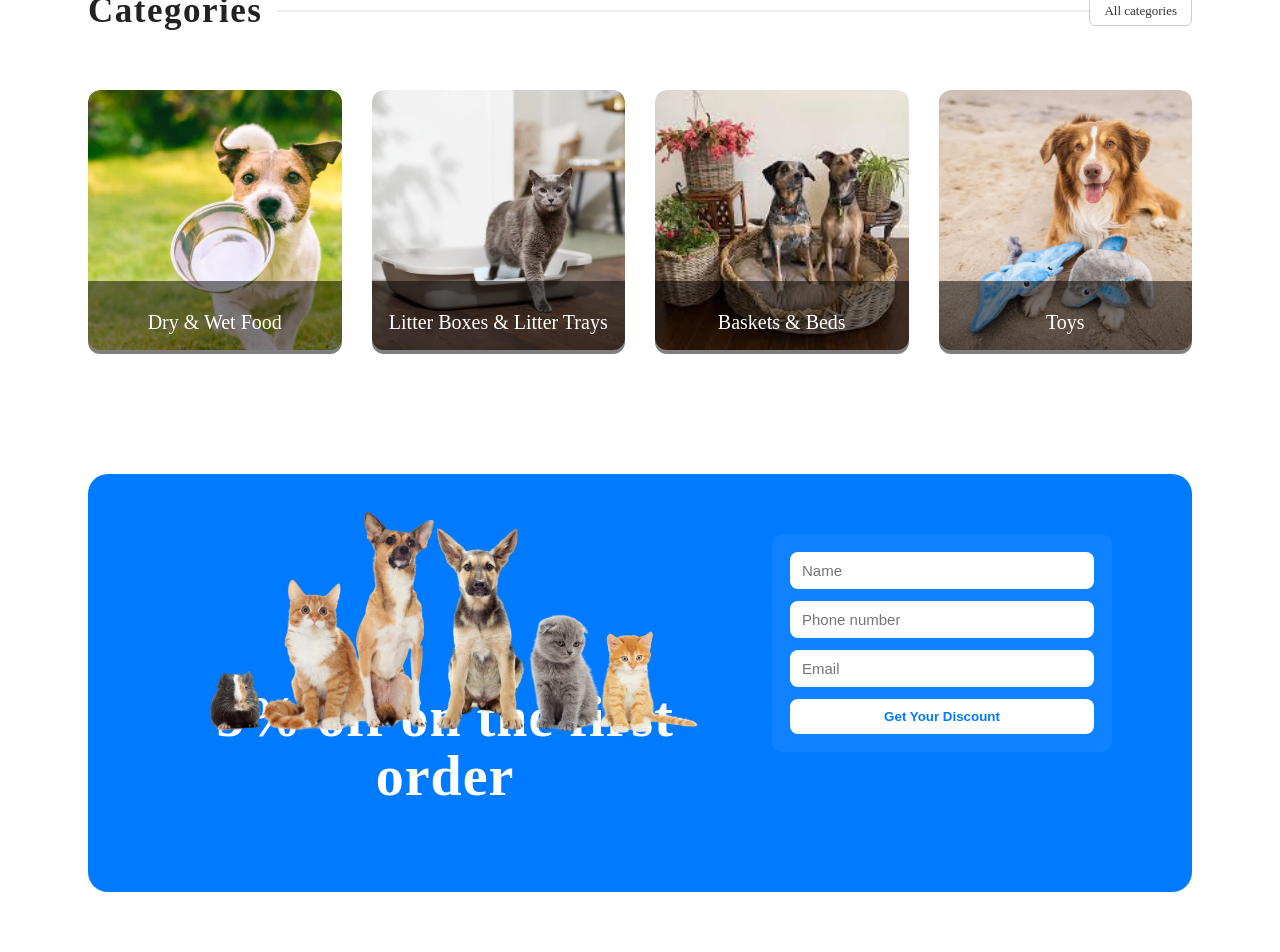
Repository: JuliiaJuliia/pet-shop-frontend
Page: / (app in pet-shop-frontend/)
These files come from the project's save history. The page is drawn as it stood at one moment and after a run of saves; the edit follows.
The browser window is 1280 px wide. The pictures show the part of the page from y = 693 to 1645 px (the page is 1645 px tall).
The project was rebuilt for these pictures with package versions that can differ from the ones it lists, and the page was loaded fresh each time. Also part of the build but not shown: pet-shop-frontend/vite.config.js, pet-shop-frontend/src/pages/CheckoutPage.jsx, pet-shop-frontend/src/api/axios.js, pet-shop-frontend/src/components/ProductList.jsx.

Above is the page before, as saved 2025-11-06 14:57:04.

### pet-shop-frontend/index.html
<!doctype html>
<html lang="en">
  <head>
    <meta charset="UTF-8" />
    <link rel="icon" type="image/svg+xml" href="/vite.svg" />
    <meta name="viewport" content="width=device-width, initial-scale=1.0" />
    <title>pet-shop-frontend</title>
  </head>
  <body>
    <div id="root"></div>
    <script type="module" src="/src/main.jsx"></script>
  </body>
</html>

### pet-shop-frontend/src/main.jsx
import HomePage from "./pages/HomePage";
import CheckoutPage from "./pages/CheckoutPage";
import React from "react";
import ReactDOM from "react-dom/client";
import { BrowserRouter, Routes, Route } from "react-router-dom";
import Header from "./components/Header/Header.jsx";
import ProductList from "./components/ProductList";

function Categories() {
  return <h2 style={{ textAlign: "center" }}>Categories Page</h2>;
}

function Sales() {
  return <h2 style={{ textAlign: "center" }}>Sales Page</h2>;
}

function Cart() {
  return <h2 style={{ textAlign: "center" }}>Your Cart is empty</h2>;
}

ReactDOM.createRoot(document.getElementById("root")).render(
  <BrowserRouter>
    <Header />
    <Routes>
      <Route path="/" element={<HomePage />} />
      <Route path="/categories" element={<Categories />} />
      <Route path="/products" element={<ProductList />} />
      <Route path="/sales" element={<Sales />} />
      <Route path="/cart" element={<Cart />} />
    </Routes>
  </BrowserRouter>
);

### pet-shop-frontend/src/pages/HomePage.jsx
import React from "react";
import MainBanner from "../components/MainBanner";
import Categories from "../components/Categories";
import DiscountBanner from "../components/DiscountBanner"; // 👈 ось цей рядок

const HomePage = () => {
  return (
    <div>
      <MainBanner />
      <Categories />
      <DiscountBanner />   {/* 👈 він має бути тут */}
    </div>
  );
};

export default HomePage;

### pet-shop-frontend/src/components/Header/Header.jsx
import React from "react";
import { Link } from "react-router-dom";
import "./Header.css";

const Header = () => {
  return (
    <header className="header">
      <div className="header__logo">
        <Link to="/">PetShop 🐾</Link>
      </div>
      <nav className="header__nav">
        <Link to="/">Main Page</Link>
        <Link to="/categories">Categories</Link>
        <Link to="/products">All products</Link>
        <Link to="/sales">All sales</Link>
      </nav>
      <div className="header__cart">
        <Link to="/cart">
        <img src="/icon.svg" alt="Cart" className="header__cart-icon" />
        </Link>
</div>
    </header>
  );
};

export default Header;

### pet-shop-frontend/src/components/MainBanner.jsx
import React from "react";
import { Link } from "react-router-dom";
import "./MainBanner.css";

const MainBanner = () => {
  return (
    <section className="main-banner">
      <div className="main-banner__overlay">
        <div className="main-banner__content">
        <h1>Amazing Discounts <br /> on Pets Products!</h1>
        <Link to="/checkout" className="banner-btn">Check out</Link>
        </div>
      </div>
    </section>
  );
};

export default MainBanner;

### pet-shop-frontend/src/components/Categories.jsx
import React from "react";
import { Link } from "react-router-dom";
import "./Categories.css";

const categories = [
  { id: 1, name: "Dry & Wet Food", image: "/Dog.jpg" },
  { id: 2, name: "Litter Boxes & Litter Trays", image: "/Cat.jpg" },
  { id: 3, name: "Baskets & Beds", image: "/Dogs.jpg" },
  { id: 4, name: "Toys", image: "/Dog and Fish.jpg" },
];

const Categories = () => {
  return (
    <section className="categories">
      <div className="categories__header">
        <h2>Categories</h2>
        <div className="categories__line"></div>

        <Link to="/products" className="all-categories-btn">
          All categories
        </Link>
      </div>

      <div className="categories__grid">
        {categories.map((category) => (
          <div key={category.id} className="category-card">
            <img src={category.image} alt={category.name} />
            <div className="category-card__overlay">
              <p>{category.name}</p>
            </div>
          </div>
        ))}
      </div>
    </section>
  );
};

export default Categories;

### pet-shop-frontend/src/components/DiscountBanner.jsx
import React from "react";
import "./DiscountBanner.css";

const DiscountBanner = () => {
  return (
    <section className="discount-banner">
      <div className="discount-banner__content">
        <div className="discount-banner__left">
          <h2>5% off on the first order</h2>
          <img src="/Pets.jpg" alt="pets" className="discount-banner__image" />
        </div>

        <div className="discount-banner__form">
          <form>
            <input type="text" placeholder="Name" required />
            <input type="phone" placeholder="Phone number" required />
            <input type="email" placeholder="Email" required />
            <button type="submit">Get Your Discount</button>
          </form>
        </div>
      </div>
    </section>
  );
};

export default DiscountBanner;

### pet-shop-frontend/src/components/Header/Header.css
.header {
    display: flex;
    align-items: center;
    justify-content: space-between;
    padding: 20px 60px;
    background-color: #fff;
    box-shadow: 0 2px 5px rgba(0, 0, 0, 0.05);
    position: sticky;
    top: 0;
    z-index: 10;
  }

  .header__logo a {
    font-size: 40px;
    font-weight: 400;
    color: #3d3c3c;
    text-decoration: none;
    display: flex;
    align-items: center;
    gap: 10px;
  }

  .header__nav {
    display: flex;
    gap: 30px;
  }

  .header__nav a {
    font-size: 20px;
    text-decoration: none;
    color: #38383a;
    font-weight: 550;
    transition: 0.3s;
    cursor: url("data:[embedded picture, 129 characters]"), auto;
  }

  .header__nav a:hover {
    color: #24973bf3;
  }

  .cart-icon {
    font-size: 20px;
    text-decoration: none;
  }

  .header__cart-icon {
    width: 30px;
    height: 30px;
    object-fit: contain;
    transition: transform 0.3s ease;
    cursor: url("data:[embedded picture, 129 characters]"), auto;
  }

  .header__cart-icon:hover {
    transform: rotate(10deg) scale(1.15);
  }

### pet-shop-frontend/src/components/MainBanner.css
.main-banner {
  position: relative;
  width: 100%;
  height: 500px;
  background: url("/banner-dog.jpg") center/cover no-repeat;
  display: flex;
  align-items: center;
  justify-content: center;
  border-radius: 10px;
  overflow: hidden;
  margin-bottom: 60px;
}

/* Полупрозрачный шар поверх картинки */
.main-banner__overlay {
  background: rgba(0, 0, 0, 0.35);
  width: 100%;
  height: 100%;
  display: flex;
  align-items: center;
  justify-content: center;
}

/* Текст и кнопка */
.main-banner__content {
  text-align: left;
  color: #fff;
  max-width: 800px;
  padding: 0 40px;
  line-height: 1.1;
  white-space: normal;
  word-break: break-word;
}

.main-banner__content h1 {
  font-size: 54px;
  font-weight: 700;
  line-height: 1.2;
  margin-bottom: 40px;
}


.main-banner__button {
  background-color: #53b955df;
  color: rgb(255, 255, 255);
  border: none;
  border-radius: 6px;
  font-size: 18px;
  padding: 14px 30px;
  cursor: pointer;
  transition: all 0.3s ease;
  cursor: url("data:[embedded picture, 129 characters]"), auto;
}

.main-banner__button:hover {
  background-color: #24973b91;
  ;
  transform: scale(1.05);
}

.banner-btn {
  display: inline-block;
  background-color: #53b955df;
  color: white;
  border: none;
  border-radius: 6px;
  font-size: 18px;
  padding: 14px 30px;
  text-decoration: none;
  text-align: center;
  cursor: pointer;
  transition: all 0.3s ease;
}

.banner-btn:hover {
  background-color: #24973b91;
  transform: scale(1.05);
}

### pet-shop-frontend/src/components/Categories.css
.categories {
    padding: 0px 80px 60px;
    background-color: #fff;
  }

  .categories__title {
    font-size: 36px;
    font-weight: 600;
    margin-bottom: 30px;
    color: #222;
  }

  .categories__grid {
    display: grid;
    grid-template-columns: repeat(auto-fit, minmax(220px, 1fr));
    gap: 30px;
    justify-items: center;
  }

  .category-card {
    position: relative;
    width: 100%;
    max-width: 260px;
    border-radius: 12px;
    overflow: hidden;
    cursor: url("data:[embedded picture, 129 characters]"), auto;
    transition: transform 0.3s ease;
  }

  .category-card img {
    width: 100%;
    height: 260px;
    object-fit: cover;
    border-radius: 12px;
  }

  .category-card__overlay {
    position: absolute;
    display: flex;
    justify-content: center;
    align-items: center;
    text-align: center;
    bottom: 0;
    left: 0;
    right: 0;
    background: rgba(0, 0, 0, 0.5);
    color: #fff;
    font-size: 20px;
    font-weight: 500;
    padding-top: 10px;
    transition: background 0.3s ease;
  }

  .category-card:hover {
    transform: scale(1.05);
  }

  .category-card:hover .category-card__overlay {
    background: rgba(0, 0, 0, 0.7);
  }

  .categories__header {
    display: flex;
    align-items: center;
    justify-content: space-between;
    position: relative;
    margin-bottom: 30px;
  }

  .categories__header h2 {
    font-size: 35px;
    font-weight: 700;
    color: #222;
    letter-spacing: 1.5px;
    background-color: #fff;
    padding-right: 15px;
    z-index: 1;
  }

  .categories__line {
    position: absolute;
    left: 0;
    right: 0;
    height: 1px;
    background-color: #ddd;
    top: 50%;
    transform: translateY(-50%);
    z-index: 0;
  }

  .all-categories-btn {
    display: inline-flex;
    align-items: center;
    justify-content: center;
    background-color: #fff;
    border: 1px solid #ccc;
    border-radius: 6px;
    padding: 6px 14px;
    font-size: 13px;
    font-weight: 500;
    color: #333;
    text-decoration: none;
    outline: none;
    cursor: pointer;
    z-index: 1;
    transition: all 0.3s ease;
  }

  .all-categories-btn:hover {
    background-color: #53b955cd;
    color: #fff;
    border-color: #24973b91;
    transform: scale(1.05);
    cursor: url("/paw-cursor.png"), auto;
    cursor: url("data:[embedded picture, 129 characters]"), auto;
  }

### pet-shop-frontend/src/components/DiscountBanner.css
/* контейнер банера */
.discount-banner {
    background-color: #007bff;
    color: #fff;
    border-radius: 20px;
    margin: 60px 80px;
    padding: 60px 80px 140px; /* зверни увагу: великий паддінг знизу для місця під тварин */
    position: relative;
    overflow: visible;
    display: block;
  }

  /* заголовок — по центру всього блоку (горизонтально + вертикально) */
  .discount-banner__left h2 {
    position: absolute;
    top: 50%;
    left: 50%;
    transform: translate(-50%, -50%);
    margin: 0;
    font-size: 56px;
    font-weight: 700;
    letter-spacing: 1px;
    text-align: center;
    width: 100%;
    line-height: 1.05;
  }

  /* вміст під заголовком: картинка ліворуч, форма праворуч */
  .discount-banner__content {
    display: flex;
    justify-content: space-between;
    align-items: flex-end;
    gap: 50px;
    width: 100%;
    position: relative;
    margin-top: 0px;
  }

  /* ліва частина (картинка) */
  .discount-banner__left {
    flex: 1;
    display: flex;
    justify-content: center;
    align-items: flex-end;    /* картинка "сидить" внизу колонки */
    position: relative;
    padding-bottom: 10px;     /* трохи простору під картинкою */
  }

  /* картинка тварин — збільшена і з позицією внизу (на межі фону) */
  .discount-banner__image {
    max-width: 720px;         /* збільшити розмір тварин */
    width: 100%;
    height: auto;
    object-fit: contain;
    position: absolute;
    left: 50%;
    transform: translateX(-50%);
    bottom: 10px;            /* "сидить" на межі синього фону; змінюй значення для точного місця */
    z-index: 4;
  }

  /* права частина — форма (по центру вертикалі блоку) */
  .discount-banner__form {
    flex: 0 0 340px;          /* фіксована ширина форми */
    display: flex;
    align-items: center;      /* вертикальне центрування форми всередині доступного простору */
    justify-content: center;
    z-index: 6;
    position: relative;
  }

  /* стилі самої форми */
  .discount-banner__form form {
    width: 100%;
    display: flex;
    flex-direction: column;
    gap: 12px;
    background: rgba(255,255,255,0.06); /* легке напівпрозоре тло, зливається з фоном */
    padding: 18px;
    border-radius: 10px;
  }

  .discount-banner__form input {
    padding: 10px 12px;
    border-radius: 8px;
    border: none;
    font-size: 15px;
    outline: none;
  }

  .discount-banner__form button {
    padding: 10px 14px;
    border-radius: 8px;
    border: none;
    background: #fff;
    color: #007bff;
    font-weight: 600;
    cursor: pointer;
  }

  /* адаптация под мобильные екраны */
  @media (max-width: 900px) {
    .discount-banner {
      margin: 30px 24px;
      padding: 40px 24px 120px;
    }
    .discount-banner__left h2 {
      font-size: 34px;
      top: 42%;
    }
    .discount-banner__content {
      flex-direction: column;
      align-items: center;
      margin-top: 60px;
    }
    .discount-banner__form {
      width: 100%;
      flex: none;
      margin-top: 20px;
    }
    .discount-banner__image {
      position: relative;
      bottom: -6px;
      left: 50%;
      transform: translateX(-50%);
      max-width: 320px;
    }
  }

After the next 3 saves:
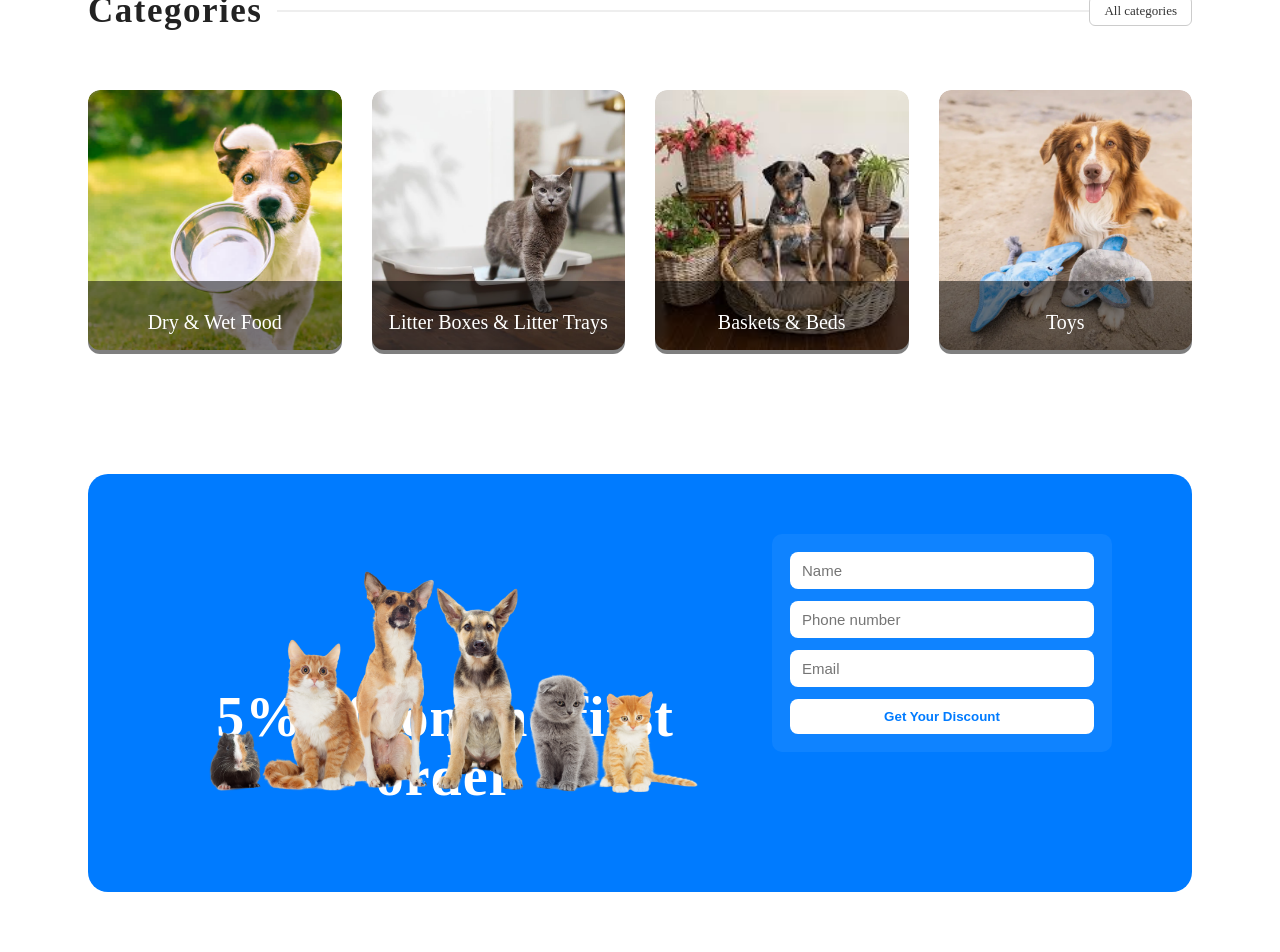
The 3 saves are shown as one change because they came seconds apart.
The last was saved 8 s later.
--- a/pet-shop-frontend/src/components/DiscountBanner.css
+++ b/pet-shop-frontend/src/components/DiscountBanner.css
@@ -55,7 +55,7 @@
     position: absolute;
     left: 50%;
     transform: translateX(-50%);
-    bottom: 10px;            /* "сидить" на межі синього фону; змінюй значення для точного місця */
+    bottom: -50px;            /* "сидить" на межі синього фону; змінюй значення для точного місця */
     z-index: 4;
   }
 
